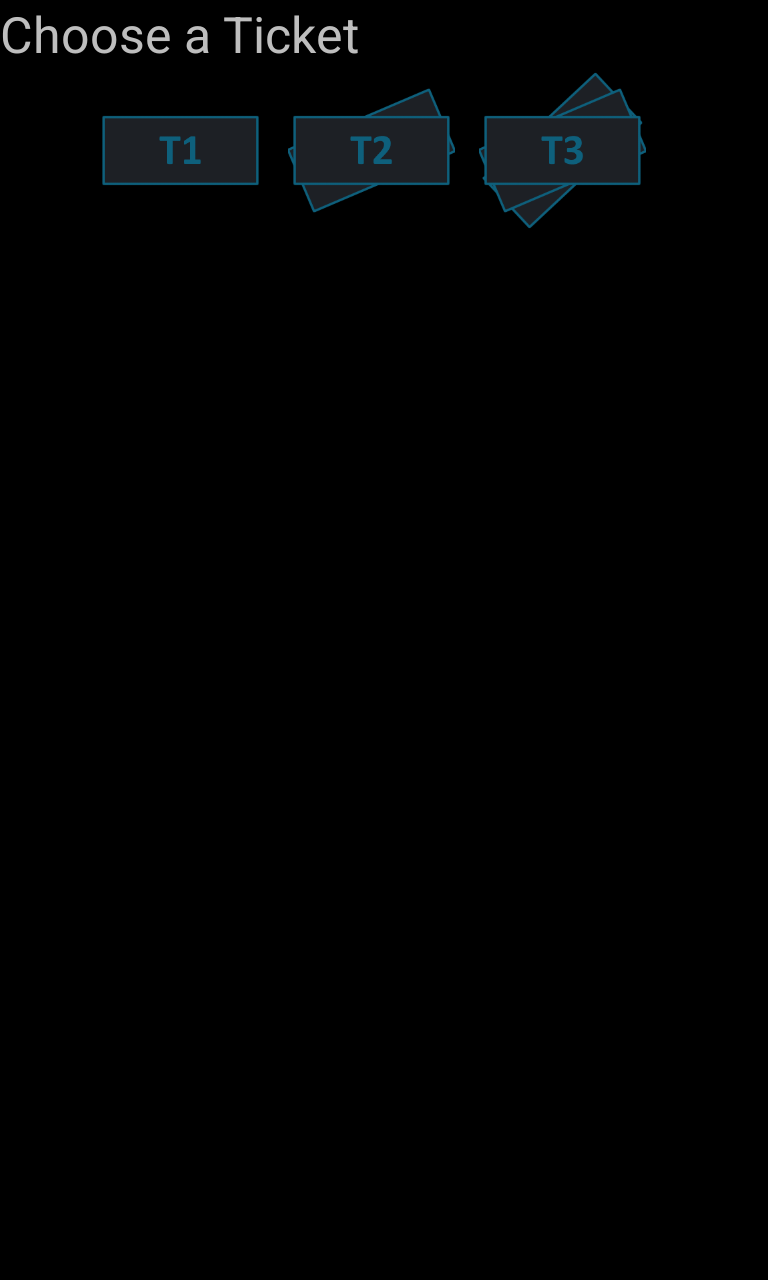
Repository: Nelspike/BusTicketer
Layout: PassengerMode/res/layout/fragment_show_tickets.xml
The author's editor kept a copy of each file at every save. The layout is drawn from the files as they stood at one save, then again after the next save.
It is drawn on a 768 x 1280 px phone screen (xhdpi) without system bars, with theme AppTheme; the app's code is not run.

Above is the layout before, as saved 2013-10-19 20:05:25.

### PassengerMode/res/layout/fragment_show_tickets.xml
<FrameLayout xmlns:android="http://schemas.android.com/apk/res/android"
    xmlns:tools="http://schemas.android.com/tools"
    android:layout_width="match_parent"
    android:layout_height="match_parent"
    tools:context=".ShowTicketsFragment" >

    <LinearLayout
        android:layout_width="match_parent"
        android:layout_height="wrap_content"
        android:orientation="vertical">

	    <TextView
	        android:layout_width="match_parent"
	        android:layout_height="wrap_content"
	        android:text="@string/show_tickets_title"
	        android:textSize="25sp"/>

		<RadioGroup
		    android:layout_width="match_parent"
		    android:layout_height="wrap_content"
		    android:orientation="horizontal"
		    android:gravity="center">

		    <RadioButton
		        android:button="@drawable/t1"
		        android:paddingLeft="12dp"/>

		    <RadioButton
		        android:button="@drawable/t2"
		        android:paddingLeft="12dp"/>

		    <RadioButton
		        android:button="@drawable/t3"
		        android:paddingLeft="12dp"/>

		</RadioGroup>

    </LinearLayout>




</FrameLayout>

### PassengerMode/res/values/styles.xml
<resources>

    <!--
        Base application theme, dependent on API level. This theme is replaced
        by AppBaseTheme from res/values-vXX/styles.xml on newer devices.
    -->
    <style name="AppBaseTheme" parent="android:Theme.Holo">
        <!--
            Theme customizations available in newer API levels can go in
            res/values-vXX/styles.xml, while customizations related to
            backward-compatibility can go here.
        -->
    </style>

    <!-- Application theme. -->
    <style name="AppTheme" parent="android:Theme.Holo">
        <!-- All customizations that are NOT specific to a particular API-level can go here. -->
    </style>

</resources>

### PassengerMode/res/values/strings.xml
<?xml version="1.0" encoding="utf-8"?>
<resources>

    <string name="app_name">Passenger Mode</string>
    <string name="action_settings">Settings</string>
    <string name="hello_world">Hello world!</string>
    <string name="welcome_string">Welcome to Bus Ticketer!</string>
    <string name="splash_screen_description">Splash Screen Logo</string>
    <string name="splash_screen_terms">Lorem ipsum dolor sit amet, consectetur adipiscing elit. In porta cursus lacus ut porta. Ut luctus et urna eu malesuada. Donec magna diam, mollis molestie est eu, bibendum semper quam. Curabitur rhoncus iaculis nisi ut luctus. Pellentesque habitant morbi tristique senectus et netus et malesuada fames ac turpis egestas. Ut luctus gravida massa, a posuere nunc sagittis ac. Maecenas porta nisi sed interdum varius. Nunc tincidunt turpis nec orci interdum sollicitudin in at nulla. Integer non lorem a elit elementum iaculis consectetur vel ipsum. Aenean sed eros laoreet, egestas lacus eu, accumsan risus. Aliquam consequat sagittis urna, quis accumsan felis malesuada sed.</string>
    <string name="splash_screen_name_label">Name:</string>
    <string name="splash_screen_card_label">CC No.:</string>
    <string name="splash_screen_register_button">Register it up!</string>
    <string name="title_activity_central">CentralActivity</string>
    <string name="hello_blank_fragment">Hello blank fragment</string>
    <string name="description">Generic Description</string>
    <string name="validate_ticket">Validate!</string>
    <string name="show_tickets_title">Choose a Ticket</string>

</resources>

After the next save:
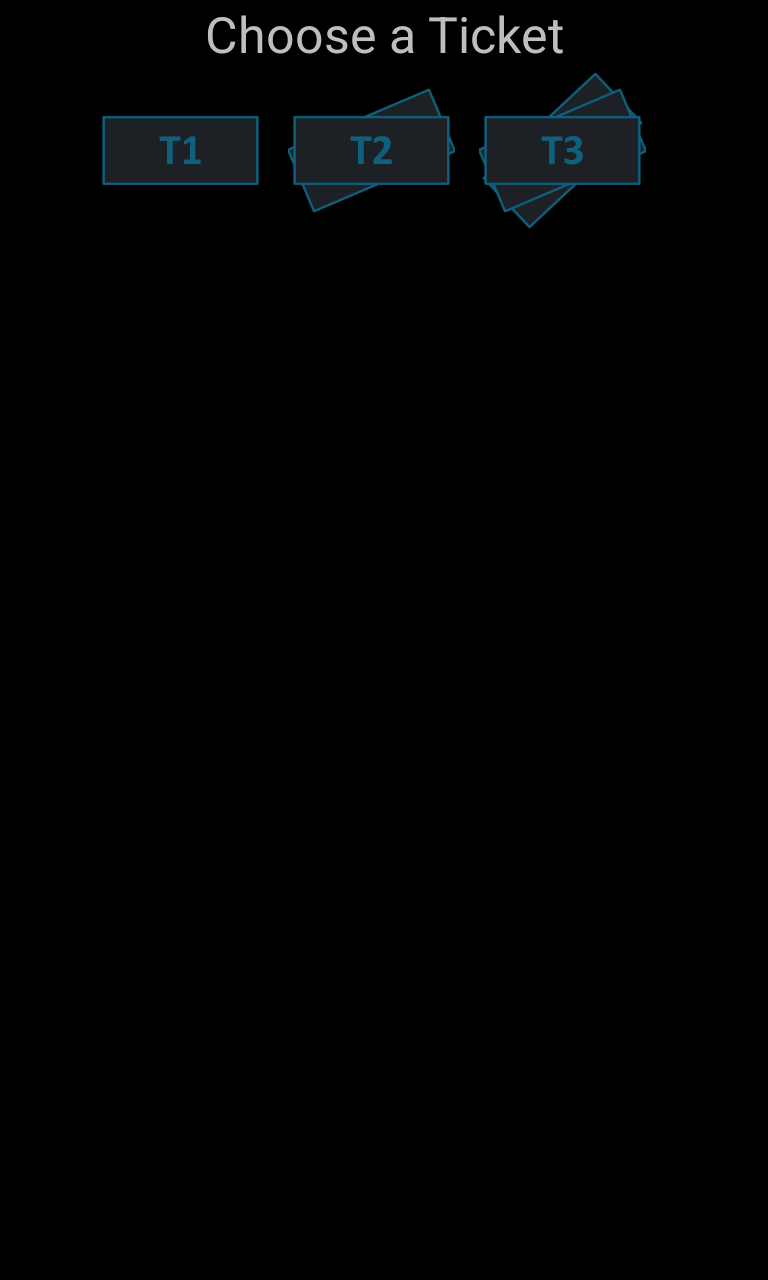
Saved 16 s later.
--- a/PassengerMode/res/layout/fragment_show_tickets.xml
+++ b/PassengerMode/res/layout/fragment_show_tickets.xml
@@ -13,7 +13,8 @@
 	        android:layout_width="match_parent"
 	        android:layout_height="wrap_content"
 	        android:text="@string/show_tickets_title"
-	        android:textSize="25sp"/>
+	        android:textSize="25sp"
+	        android:gravity="center"/>
 
 		<RadioGroup
 		    android:layout_width="match_parent"
